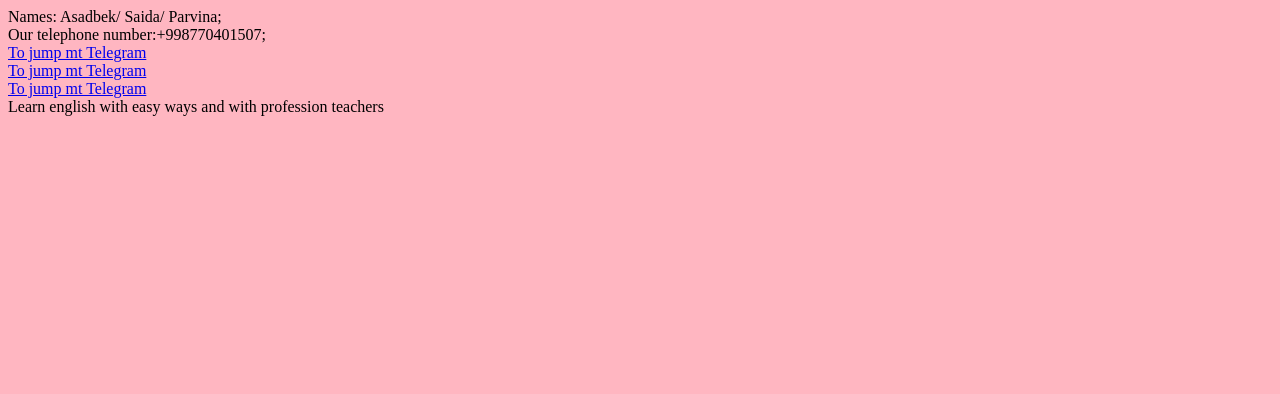
Repository: KHANas02/live-stream
Page: contact.html
These files come from the project's save history. The page is drawn as it stood at one moment and after a run of saves; the edit follows.
The browser window is 1280 px wide. The pictures show the whole page.

Above is the page before, as saved 2024-03-25 07:51:39.

### contact.html
<!DOCTYPE html>
<html lang="en">
  <head>
    <meta charset="UTF-8" />
    <meta name="viewport" content="width=device-width, initial-scale=1.0" />
    <title>Contact with us</title>
    <link rel="stylesheet" href="./index.html" />
  </head>
  <style>
    body {
      background-color: lightpink;
    }

  </style>
  <body>
    <div class="avatar"></div>
    <div class="text">
    Names:  Asadbek/
      Saida/
      Parvina; <br>

Our telephone number:+998770401507; <br>
      <a href=" https://t.me/wzb_02">To jump mt Telegram</a> <br />
       <a href=" https://t.me/gsi_77">To jump mt Telegram</a> <br />
        <a href="https://t.me/Pretty_girl_2024">To jump mt Telegram</a> <br />

      <div>Learn english with easy ways and with profession teachers</div>
    </div>
  </body>
</html>

### index.html
<!DOCTYPE html>
<html lang="en">
  <head>
    <meta charset="UTF-8" />
    <head name="viewport" content="width=device-width, initial-scale=1.0">
      <title>Englify Live_stream</title>
      <link rel="stylesheet" href="./style.css" />
    </head>
    <style>
      .div1Img {
        font-size: 70px;
        font-family: serif;
        font-weight: 100;
        color: rgb(255, 0, 157);
        position: relative;
        left: 25px;
        top: 70px;
      }
      .div2 {
        font-size: 70px;
        font-family: serif;
        font-weight: 100;
        color: rgb(255, 0, 157);
        position: relative;
        left: 25px;
        top: 70px;
      }
      .div3 {
        font-size: 70px;
        font-family: serif;
        font-weight: 100;
        color: rgb(255, 0, 157);
        position: relative;
        left: 25px;
        top: 450px;
      }
    </style>
    <html>
      <body>
        <div class="div1">
          <div class="div1Img">JOIN TO OUR LIVE STREAM</div>
        </div>
        <div class="div2">
          Todat at 21:00 <br />
          Only with coffee
        </div>
        <div class="div3">
          Our on the telegram
          <br />
          @englify_asp <br />
          And join to us
        </div>
        <div class="hamburger-menu">
          <input id="menu__toggle" type="checkbox" />
          <label class="menu__btn" for="menu__toggle">
            <span></span>
          </label>

          <ul class="menu__box">
            <li><a class="menu__item" href="index.html">Главная</a></li>
            <li>
              <a class="menu__item" href="speaking.html"
                >Speaking полезная функция</a
              >
            </li>
            <li><a class="menu__item" href="group.html">участники прямой трансляции</a></li>
            <li><a class="menu__item" href="#">Блог</a></li>
            <li><a class="menu__item" href="contact.html">Контакты</a></li>
          </ul>
        </div>
      </body>
    </html>
  </head>
</html>

After the next 5 saves:
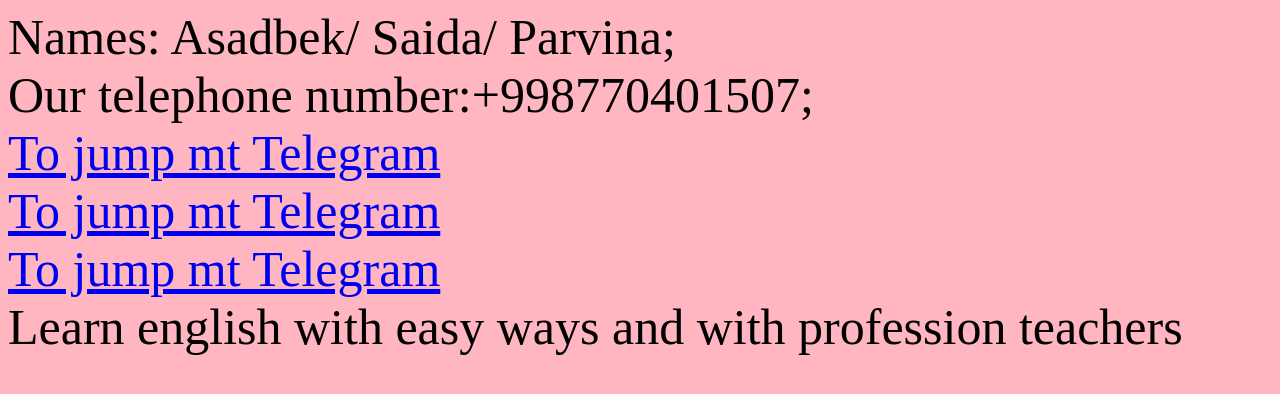
The 5 saves are shown as one change because they came seconds apart.
The last was saved 35 s later.
--- a/contact.html
+++ b/contact.html
@@ -9,6 +9,9 @@
   <style>
     body {
       background-color: lightpink;
+    }
+    div{
+        font-size: 50px;
     }
 
   </style>
